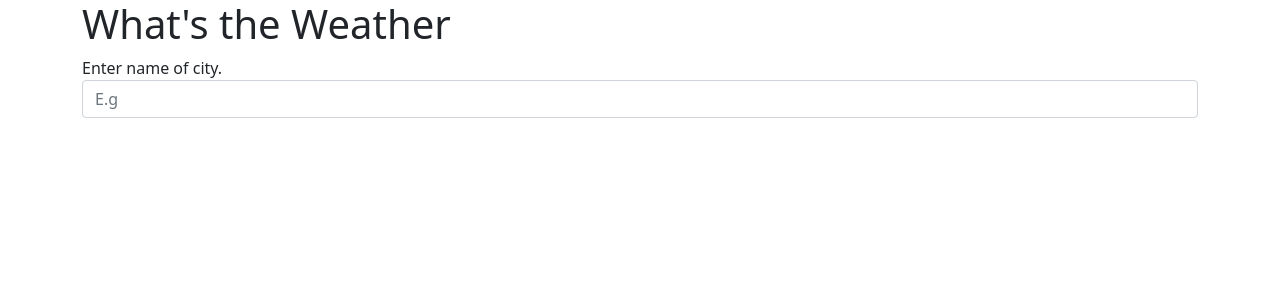
Repository: shanu4182/phpprojectgh
Page: http://localhost/ws.php
The author's editor kept a copy of each file at every save. The page is drawn from the files as they stood at one save, then again after a run of saves.
The browser window is 1280 px wide. The pictures show the whole page.
The page is run by PHP 8.4 with error messages shown; the project is at /var/www/html/.

Above is the page before, as saved 2022-12-15 15:23:09.

### ws.php
<!DOCTYPE html>
<html lang="en">
<head>
    <meta charset="UTF-8">
    <meta http-equiv="X-UA-Compatible" content="IE=edge">
    <meta name="viewport" content="width=device-width, initial-scale=1.0">
    <title>Weather Scraper</title>
    <link href="https://cdn.jsdelivr.net/npm/bootstrap@5.1.3/dist/css/bootstrap.min.css"
              rel="stylesheet"
              integrity="sha384-1BmE4kWBq78iYhFldvKuhfTAU6auU8tT94WrHftjDbrCEXSU1oBoqyl2QvZ6jIW3"
              crossorigin="anonymous">
</head>
<body>
    <div class="container">
 <h1>What's the Weather</h1>
 <form>
    <fieldset class="form-group">
        <label form="city">Enter name of city.</label>
        <input type="text" class="form-control"
        name="city" id="city" placeholder="E.g"
 </form>



    </div>
</body>
</html>

After the next 9 saves:
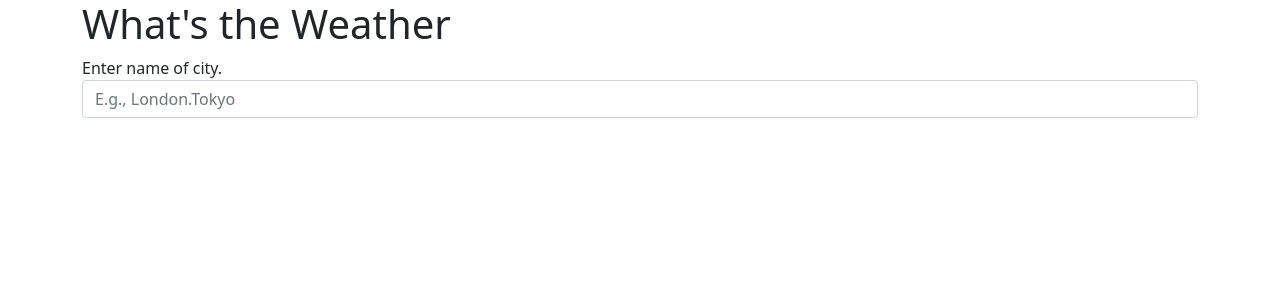
The 9 saves are shown as one change because they came seconds apart.
The last was saved 23 s later.
--- a/ws.php
+++ b/ws.php
@@ -17,7 +17,7 @@
     <fieldset class="form-group">
         <label form="city">Enter name of city.</label>
         <input type="text" class="form-control"
-        name="city" id="city" placeholder="E.g"
+        name="city" id="city" placeholder="E.g., London.Tokyo">
  </form>
 
 
